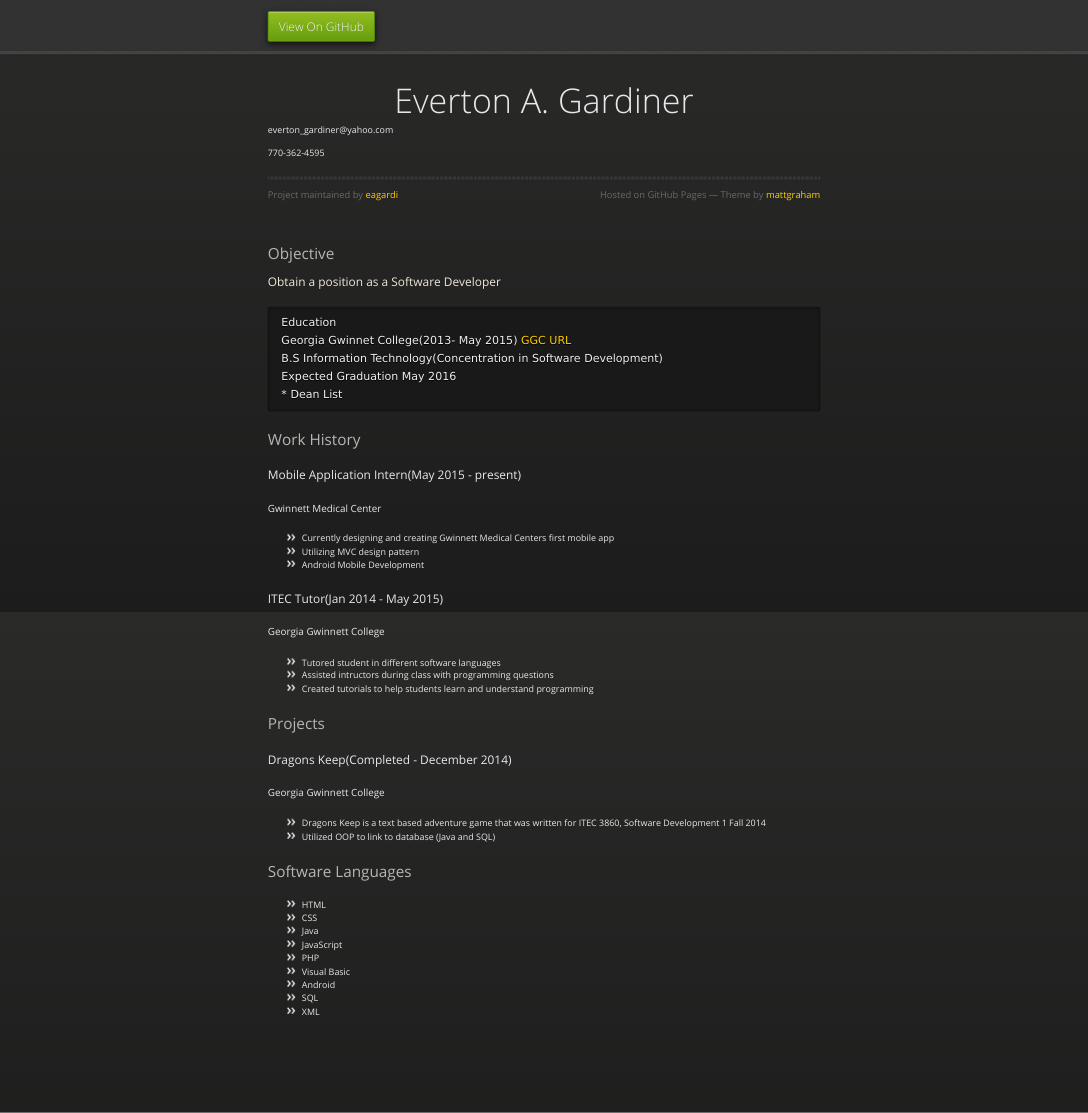
Repository: eagardi/eagardi.github.io
Page: index.html
The author's editor kept a record of every edit. The page is drawn from the files as they stood at one moment, then again after the next edit.
The browser window is 1280 px wide. The pictures show the whole page, at 85% of full size.
Backgrounds fixed to the window are drawn as part of the page. Some web libraries are served in a nearby version.

Above is the page before.

After the next edit:
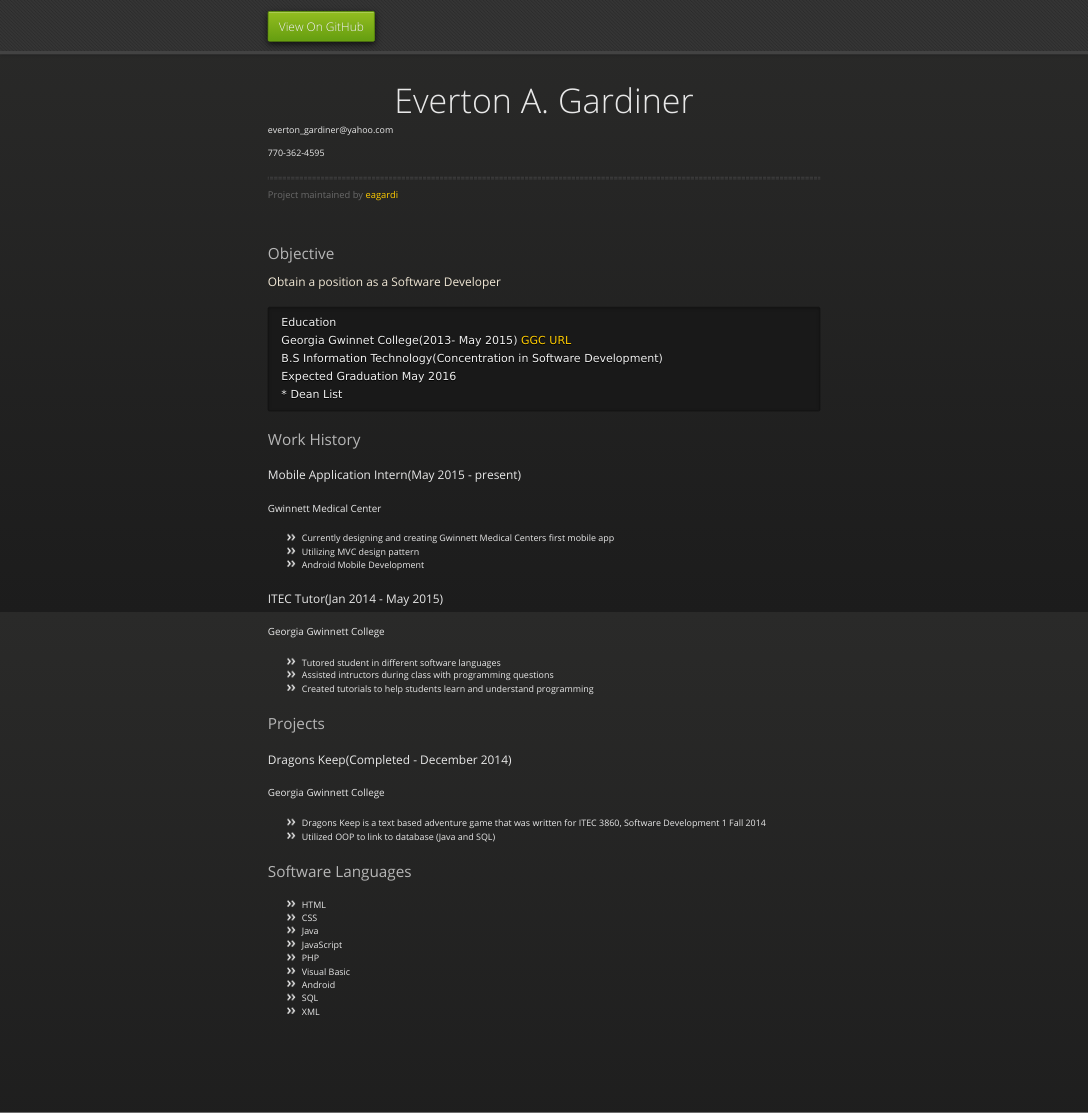
The edit:
--- a/index.html
+++ b/index.html
@@ -32,7 +32,7 @@
           <h6>everton_gardiner@yahoo.com</h6> <h6>770-362-4595</h6>
           <p></p>
           <hr>
-          <span class="credits right">Hosted on GitHub Pages &mdash; Theme by <a href="https://twitter.com/michigangraham">mattgraham</a></span> <span class="credits left">Project maintained by <a href="https://github.com/eagardi">eagardi</a></span>
+          <span class="credits left">Project maintained by <a href="https://github.com/eagardi">eagardi</a></span>
 
         </div>
 
